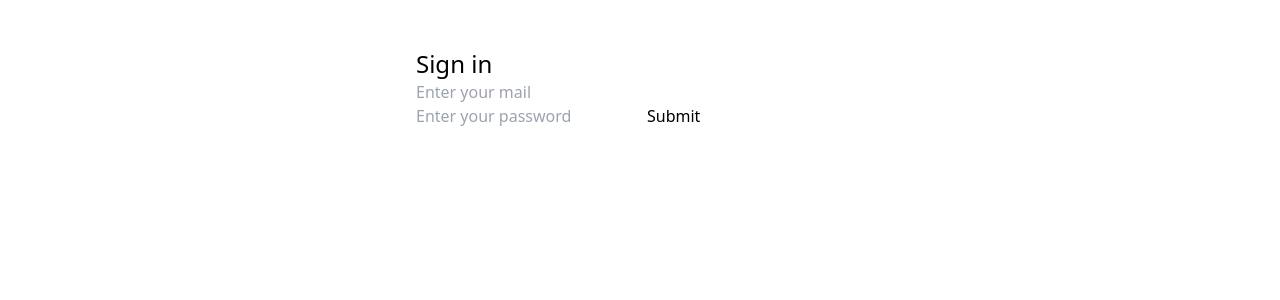
Repository: sevilgenysf/firebase
Page: /sign-in
An editor plug-in stored every save of this project. The page is shown before and after the next save, followed by the edit.
The browser window is 1280 px wide. The pictures show the whole page.
The project was rebuilt for these pictures with package versions that can differ from the ones it lists, and the page was loaded fresh each time. Also part of the build but not shown: src/pages/Home.js, src/pages/SignUp.js.

Above is the page before, as saved 2023-01-03 14:33:53.

After the next save:
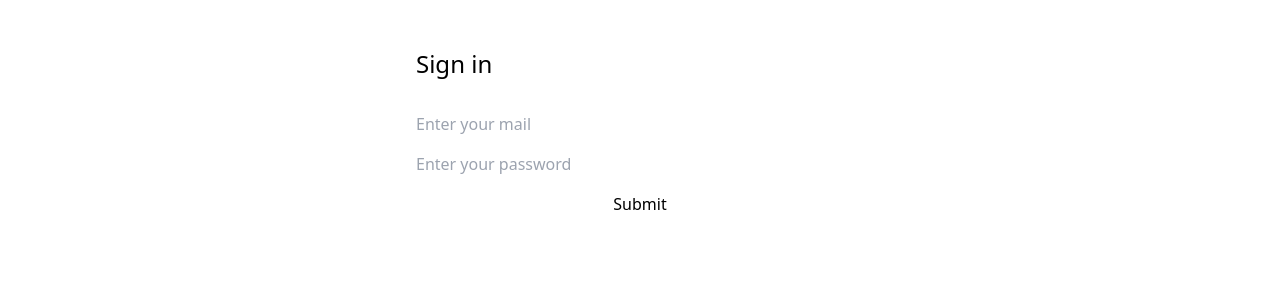
Saved 17 s later.
--- a/src/pages/SignIn.js
+++ b/src/pages/SignIn.js
@@ -27,7 +27,7 @@ const SingIn = () => {
 	return (
 		<div className="max-w-md mx-auto py-12">
 			<h1 className="text-2xl">Sign in</h1>
-			<form onSubmit={handleSubmit}>
+			<form onSubmit={handleSubmit} className="flex flex-col gap-4 mt-8">
 				<input
 					type="email"
 					placeholder="Enter your mail"
